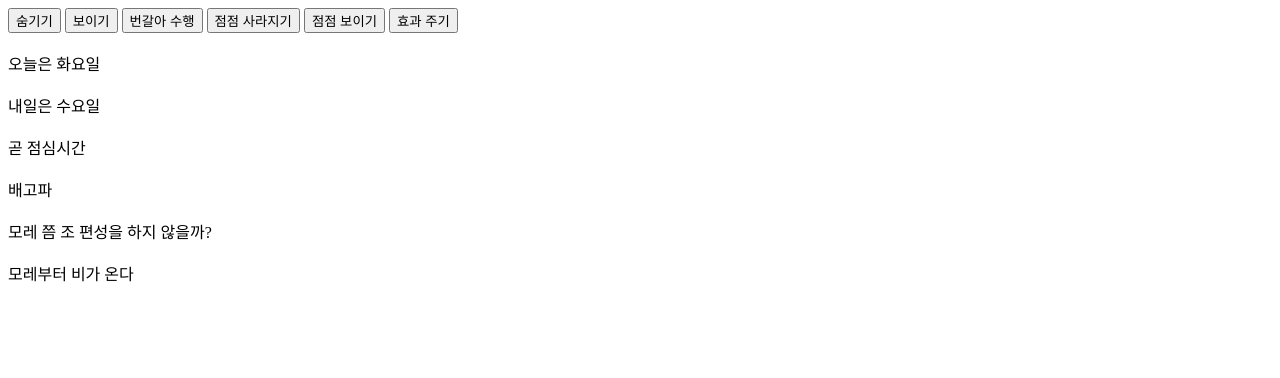
Repository: Shinhan1/shinhan
Page: http://localhost/web_goott/w20200324/jQueryEx12.jsp
The author's editor kept a copy of each file at every save. The page is drawn from the files as they stood at one save, then again after the next save.
The browser window is 1280 px wide. The pictures show the whole page.
The page is served by Tomcat 9.

Above is the page before, as saved 2020-03-24 03:18:23.

After the next save:
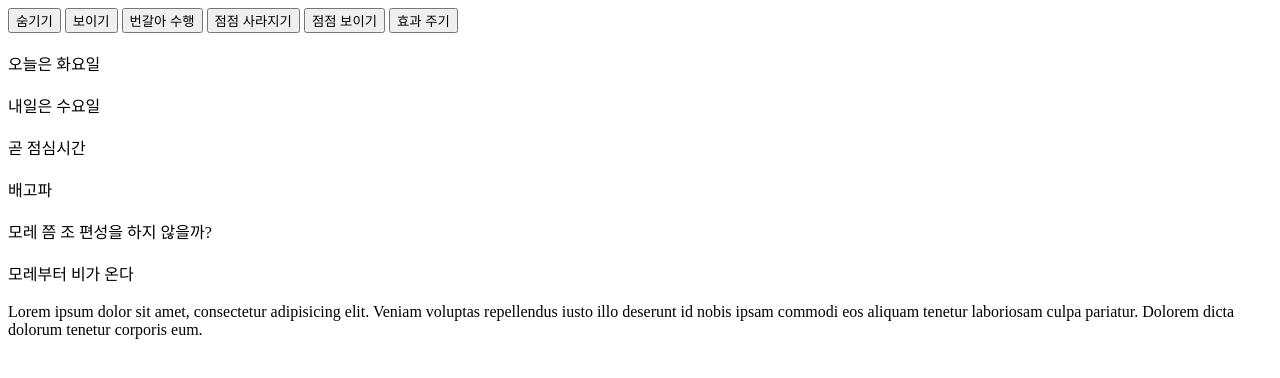
Saved 16 s later.
--- a/web_goott/WebContent/w20200324/jQueryEx12.jsp
+++ b/web_goott/WebContent/w20200324/jQueryEx12.jsp
@@ -22,7 +22,7 @@
 		배고파 <br /><br />
 		모레 쯤 조 편성을 하지 않을까?<br /><br />
 		모레부터 비가 온다<br /><br />
-
+		Lorem ipsum dolor sit amet, consectetur adipisicing elit. Veniam voluptas repellendus iusto illo deserunt id nobis ipsam commodi eos aliquam tenetur laboriosam culpa pariatur. Dolorem dicta dolorum tenetur corporis eum.
 
 	</div>
 
